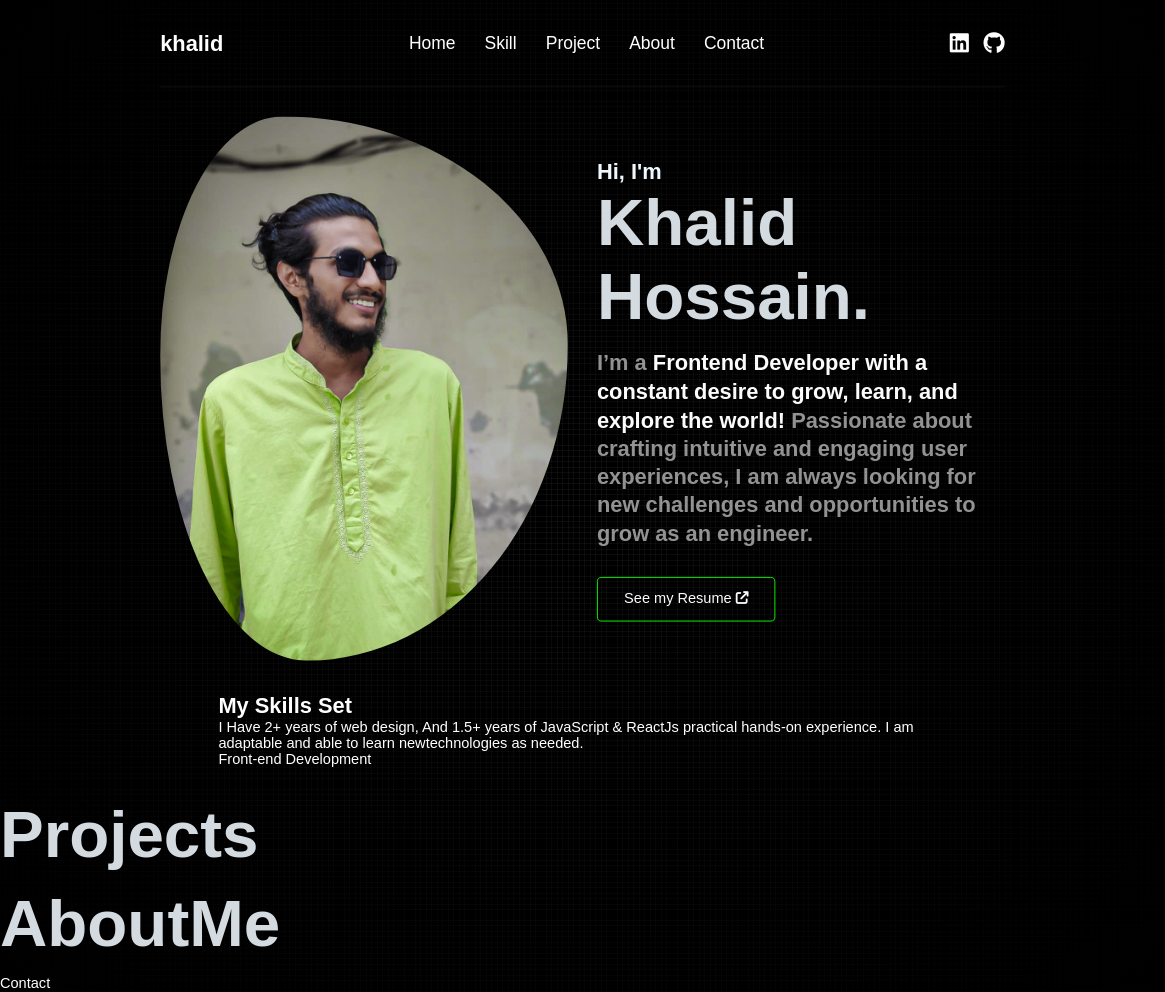
Repository: badhon252/my-portfolio
Page: /
The author's editor kept a copy of each file at every save. The page is drawn from the files as they stood at one save, then again after the next save.
The browser window is 1280 px wide. The pictures show the whole page, at 91% of full size.
The project was rebuilt for these pictures with package versions that can differ from the ones it lists, and the page was loaded fresh each time. Also part of the build but not shown: src/Components/Home/Header/Navbar/Navs/LinkedIn/LinkedIn.module.css, src/Components/Home/Header/Navbar/Navs/GitHub/Github.module.css, src/Components/Home/Skill/Skill.module.css.

Above is the page before, as saved 2023-01-16 14:18:28.

### public/index.html
<!DOCTYPE html>
<html lang="en">

<head>
    <meta charset="utf-8" />
    <link rel="icon" href="%PUBLIC_URL%/favicon.ico" />
    <meta name="viewport" content="width=device-width, initial-scale=1" />
    <meta name="theme-color" content="#000000" />
    <meta name="description" content="Web site created using create-react-app, Portfolio" />
    <link rel="apple-touch-icon" href="%PUBLIC_URL%/logo192.png" />
    <link rel="stylesheet" href="https://cdnjs.cloudflare.com/ajax/libs/font-awesome/6.2.1/css/all.min.css">
    <link rel="manifest" href="%PUBLIC_URL%/manifest.json" />

    <title>Portfolio Website</title>
</head>

<body>
    <div id="root"></div>

    <script src="https://platform.linkedin.com/badges/js/profile.js" async defer type="text/javascript"></script>

</body>

</html>

### src/index.css
body {
    margin: 0;
    font-family: -apple-system, BlinkMacSystemFont, 'Segoe UI', 'Roboto', 'Oxygen', 'Ubuntu', 'Cantarell', 'Fira Sans', 'Droid Sans', 'Helvetica Neue', sans-serif;
    -webkit-font-smoothing: antialiased;
    -moz-osx-font-smoothing: grayscale;
    background-color: #000000;
    background-image: radial-gradient(circle at center center, transparent 0%, rgb(0, 0, 0) 99%), repeating-linear-gradient(0deg, rgba(163, 163, 163, 0.07) 0px, rgba(163, 163, 163, 0.07) 1px, transparent 1px, transparent 6px), repeating-linear-gradient(90deg, rgba(163, 163, 163, 0.07) 0px, rgba(163, 163, 163, 0.07) 1px, transparent 1px, transparent 6px), linear-gradient(90deg, rgb(0, 0, 0), rgb(0, 0, 0));
    color: #ffffff;
}

* {
    margin: 0;
    padding: 0;
    box-sizing: border-box;
    font-family: 'Poppins', sans-serif;
}

.container {
    margin: 2rem 15rem;
}

### src/App.js
import Home from './Components/Home/Home';

function App() {
  return (
    <div className="App">
      <Home/>
    </div>
  );
}

export default App;

### src/Components/Home/Home.jsx
import AboutMe from "./AboutMe/AboutMe";
import Footer from "./Footer/Footer";
import Header from "./Header/Header";
import Projects from "./Project/Projects";
import Skill from "./Skill/Skill";


export default function Home() {
  return (
    <div>
        <Header />
        <Skill/>
        <Projects/>
        <AboutMe/>
        <Footer/>

    </div>
  )
}

### src/Components/Home/AboutMe/AboutMe.jsx
import React from 'react';

const AboutMe = () => {
    return (
        <div>
            <h1>AboutMe</h1>
        </div>
    );
}

export default AboutMe;

### src/Components/Home/Footer/Footer.jsx
import React from 'react'
import Contact from './Contact/Contact'

export default function Footer() {
  return (
    <div>
        <Contact/>
    </div>
  )
}

### src/Components/Home/Header/Header.jsx
import React from 'react'
import HeaderContent from './HeaderContent/HeaderContent'
import Navbar from './Navbar/Navbar'
import Classes from './Header.module.css'

export default function Header() {
  return (
    <div className={Classes.header}>
      <Navbar/>
      <HeaderContent/>
    </div>
  )
}

### src/Components/Home/Project/Projects.jsx
import React from 'react';

const Projects = () => {
    return (
        <div>
            <h1>Projects</h1>
        </div>
    );
}

export default Projects;

### src/Components/Home/Skill/Skill.jsx
import  Classes from "./Skill.module.css"
const SkillEfficiency = () => {
    return (
       <div id="skill" className="skillSet container">
            <div className="skillSet__title">
                <h2>My Skills Set</h2>

                <div className="skillSet__title__line">
                     I Have 2+ years of web design, And 1.5+ years of JavaScript & ReactJs practical hands-on experience.
                   <span>  I am adaptable and able to learn newtechnologies as needed.</span>
                </div>
                <div className="skillSet__title__text">
                    <div className={Classes.tools}>Front-end Development</div>

                </div>
            </div>
       </div>
    );
}

export default SkillEfficiency;

### src/Components/Home/Header/HeaderContent/HeaderContent.jsx
import Badhon from "../../../../Assests/Images/badhon.jpg";
import HeroSection from './HeroSection'
import Classes from "./Header.module.css";

export default function HeaderContent() {
  return (
    <div>
      <div className={Classes.heroSection}>
          <div className={Classes.row}>
            <HeroSection col={Classes.col}/>
            <div className={Classes.col}>
              <img src={Badhon} alt="Badhon" className={Classes.heroImage} />
            </div>

        </div>
      </div>
    </div>
  )
}

### src/Components/Home/Header/Navbar/Navbar.jsx
import "./Navs/Navs.css"
import "./Navbar.css"
import NavbarBrand from './NavbarBrand/NavbarBrand'
import Nav from './Navs/Nav/Nav'
import LinkedIn from './Navs/LinkedIn/LinkedIn'
import GitHub from './Navs/GitHub/Github'

export default function Navbar() {
  return (
    <div className='navBar borderBottom'>
            <NavbarBrand/>
            <Nav/>
         <div className='navBar'>
            <LinkedIn/>
            <GitHub/>
         </div>
    </div>
  )
}

### src/Components/Home/Header/Header.module.css
.header {
    min-height: 100vh;
    margin: 0 10rem;
    color: aliceblue;
    padding: 0 1rem;
}

### src/Components/Home/Header/HeaderContent/HeroSection.jsx
import Classes from "./Header.module.css";


export default function HeroSection({col}) {
  return (
    <div className={col}>
          <h2 className={Classes.h1}>Hi, I'm</h2>
          <h1 className={Classes.h1}>Khalid Hossain.</h1>
          <p>
            I’m a <span>Frontend Developer with a constant desire to grow, learn, and explore the world!</span> Passionate about crafting intuitive and engaging user experiences,
            I am always looking for new challenges and opportunities to grow as an engineer.
          </p>

             <a className={Classes.resume} href="https://drive.google.com/file/d/1dNWfd7X8CYs_9THDZo58HHKVKzD8WfeY/view?usp=share_link" target="_blank" rel="noreferrer">
               See my Resume <i class="fa-solid fa-arrow-up-right-from-square"></i>
              </a>

    </div>
  );
}

### src/Components/Home/Header/HeaderContent/Header.module.css
.row {
    display: flex;
    flex-direction: row-reverse;
    justify-content: space-between;
    align-items: center;
    flex-wrap: wrap;
    margin: 2rem 0;
    gap: 2rem;
}

.col {
    flex-basis: 45%;
    flex: 1;
}

.heroImage {
    min-width: 300px;
    max-width: 600px;
    width: 100%;
    height: auto;
    box-sizing: border-box;
    overflow: hidden;
    transition: .5s;
    border-radius: 30% 70% 64% 36% / 44% 42% 58% 56%;
}

.heroImage:hover {
    border-radius: 20%;
}

h1 {
    font-size: 4.5em;
    font-weight: 700;
    margin-bottom: 1rem;
    color: rgba(240, 248, 255, 0.877);
}

p {
    font-size: 1.5em;
    font-weight: 600;
    margin-bottom: 1rem;
    color: rgba(255, 255, 255, 0.568);
    line-height: 1.3;
}

p span {
    color: #fcfcfc;
}

.resume {
    padding: .9rem 1.8rem;
    border: 1px solid #09ff01;
    font-size: 1rem;
    font-weight: 500;
    margin-top: 1rem;
    outline: none;
    border-radius: 5px;
    background: none;
    color: #fcfcfc;
    transition: .5s;
    cursor: pointer;
    text-decoration: none;
    display: inline-block;
}

.resume:hover {
    color: rgb(7, 7, 7);
    background-color: rgb(0, 255, 21);
}

.resume:active {
    transform: scale(0.95);
}

### src/Components/Home/Header/Navbar/Navs/Navs.css
.flexRow {
    display: flex;
    justify-content: space-between;
    align-items: center;
    flex-wrap: wrap;
    gap: 2rem;
}

.me_1 {
    margin-right: 1rem;
}

### src/Components/Home/Header/Navbar/Navbar.css
.boxShadow {
    -webkit-box-shadow: 0px 22px 40px -37px rgba(255, 255, 255, 1);
    -moz-box-shadow: 0px 22px 40px -37px rgba(255, 255, 255, 1);
    box-shadow: 0px 22px 40px -37px rgba(255, 255, 255, 1);
}

.borderBottom {
    border-bottom: 1px solid #f6f6f612;
}

### src/Components/Home/Header/Navbar/NavbarBrand/NavbarBrand.jsx
import Classes from "./NavbarBrand.module.css"
export default function NavbarBrand() {
  return (
    <div className={Classes.navbarBrand}>khalid</div>
  )
}

### src/Components/Home/Header/Navbar/Navs/Nav/Nav.jsx
import "./../Navs.css"
import "./Nav.css"
export default function Nav() {
  return (
    <div>
        <nav className="navBar" >
            <div className="container-fluid">

                {/* <button className="navbar-toggler" type="button" data-bs-toggle="collapse" data-bs-target="#navbarSupportedContent" aria-controls="navbarSupportedContent" aria-expanded="false" aria-label="Toggle navigation">
                <span className="navbar-toggler-icon"></span>
                </button> */}
                <div className="collapse navbar-collapse" id="navbarSupportedContent">
                <ul className="flexRow navbar-nav me-auto mb-2 mb-lg-0">
                    <li className="nav-item">
                    <a className="nav-link" href="#home">Home</a>
                    </li>
                    <li className="nav-item">
                    <a className="nav-link" href="#skill">Skill</a>
                    </li>
                    <li className="nav-item">
                    <a className="nav-link" href="#project">Project</a>
                    </li>
                    <li className="nav-item">
                    <a className="nav-link" href="#aboutMe">About</a>
                    </li>
                     <li className="nav-item">
                    <a className="nav-link" href="#contact">Contact</a>
                    </li>

                </ul>

                </div>
            </div>
        </nav>
    </div>
  )
}

### src/Components/Home/Header/Navbar/Navs/LinkedIn/LinkedIn.jsx
import "./LinkedIn.module.css"

export default function LinkedIn() {
  return (
    <div className='me_1' >
      <a href="https://www.linkedin.com/in/khalidhossainbadhon/" target="_blank" rel="noreferrer">
     <i class="fa-brands fa-linkedin"></i>
      </a>
    </div>
  )
}

### src/Components/Home/Header/Navbar/Navs/GitHub/Github.jsx
import Classes from "./Github.module.css"

export default function GitHub() {
  return (
    <div className={Classes.faBrands}>
      <a href="https://github.com/badhon252"><i class="fa-brands fa-github"></i></a>
    </div>
  )
}

### src/Components/Home/Header/Navbar/NavbarBrand/NavbarBrand.module.css
.navbarBrand {
    font-size: 1.5rem;
    font-weight: 700;
    color: rgb(255, 255, 255);
}

### src/Components/Home/Header/Navbar/Navs/Nav/Nav.css
.navBar {
    display: flex;
    justify-content: space-between;
    align-items: center;
    padding: 1.1rem 0;
    flex-wrap: wrap;
}

.navbar-nav {
    list-style-type: none;
    display: flex;
    justify-content: space-between;
}

.navbar-nav li a {
    text-decoration: none;
    color: rgb(255, 255, 255);
    font-size: 1.2rem;
    font-weight: 500;
    transition: all 0.3s ease-in-out;
}

.navbar-nav li a:hover {
    color: #49ff12;
}

.navbar-nav li a.active {
    color: #bb0707;
}

.navbar-nav li a.active:hover {
    color: #f1f1f1;
}

.navbar-nav li a.active::after {
    content: "";
    display: block;
    width: 100%;
    height: 2px;
    background: #f1f1f1;
    margin-top: 5px;
}

.navbar-nav li a.active:hover::after {
    background: #f1f1f1;
}

.fa-brands,
.fab {
    font-weight: 400;
    font-size: 1.5rem;
    color: #fff;
}

Loaded but not shown: src/index.js (common file); src/reportWebVitals.js (common file); src/Components/Home/Footer/Contact/Contact.jsx (common file)

After the next save:
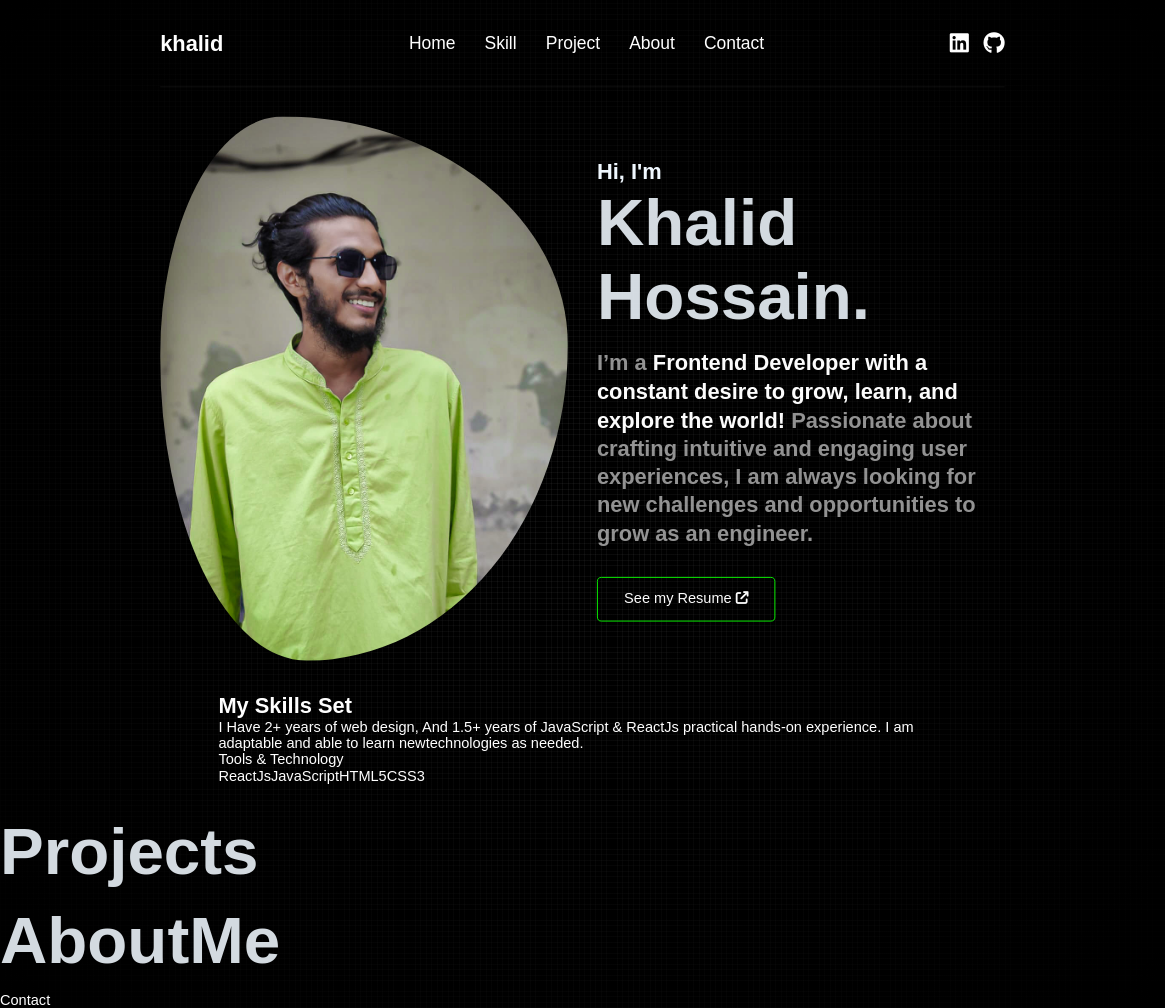
Saved 3 min 57 s later.
--- a/src/Components/Home/Skill/Skill.jsx
+++ b/src/Components/Home/Skill/Skill.jsx
@@ -10,7 +10,12 @@ const SkillEfficiency = () => {
                    <span>  I am adaptable and able to learn newtechnologies as needed.</span>
                 </div>
                 <div className="skillSet__title__text">
-                    <div className={Classes.tools}>Front-end Development</div>
+                    <div className={Classes.tools}>Tools & Technology</div>
+                    <span>ReactJs</span>
+                    <span>JavaScript</span>
+                    <span>HTML5</span>
+                    <span>CSS3</span>
+                    <span></span>
 
                 </div>
             </div>
